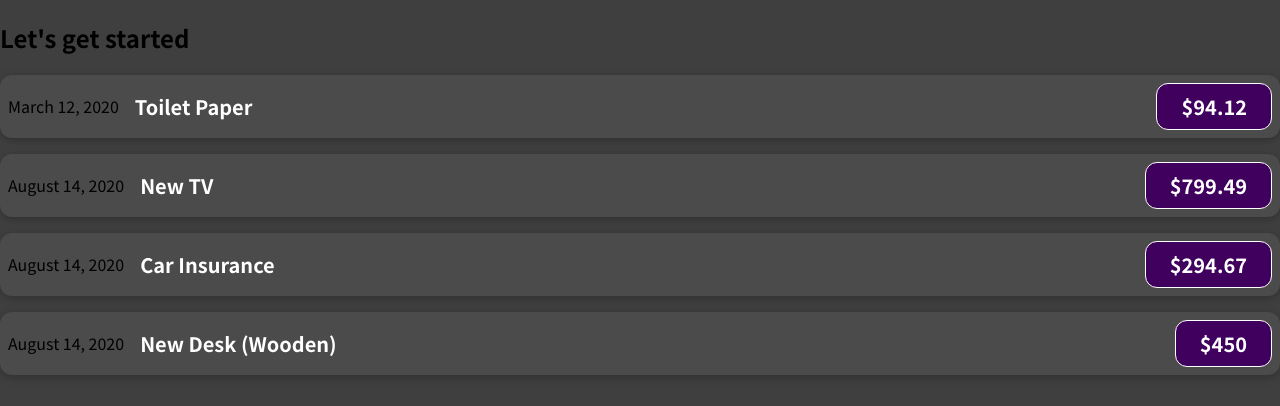
Repository: runner855/expense-tracker
Page: /
These files come from the project's save history. The page is drawn as it stood at one moment and after the next save; the edit follows.
The browser window is 1280 px wide. The pictures show the whole page.
The project was rebuilt for these pictures with package versions that can differ from the ones it lists, and the page was loaded fresh each time.

Above is the page before, as saved 2022-09-02 15:01:46.

### src/index.js
import React from 'react';
import ReactDOM from 'react-dom/client';
import expenses from './data/expenses.json';
import './styles/index.css';
import App from './components/App';

const root = ReactDOM.createRoot(document.getElementById('root'));
root.render(
  <React.StrictMode>
    <App expenses={expenses.expenses} />
  </React.StrictMode>
);

### src/data/expenses.json
{
  "expenses": [
    {
      "id": "e1",
      "title": "Toilet Paper",
      "amount": 94.12,
      "date": 1584016017000
    },
    {
      "id": "e2",
      "title": "New TV",
      "amount": 799.49,
      "date": 1597408017000
    },
    {
      "id": "e3",
      "title": "Car Insurance",
      "amount": 294.67,
      "date": 1597408017000
    },
    {
      "id": "e4",
      "title": "New Desk (Wooden)",
      "amount": 450,
      "date": 1597408017000
    }
  ]
}

### src/components/App.js
import React from 'react';
import ExpenseItem from '../components/ExpenseItem';


const App = (props) => {
  console.log(props)





  return (
    <div className="App">
      <h2>Let's get started</h2>
      <ExpenseItem date={props.expenses[0].date} title={props.expenses[0].title} amount={props.expenses[0].amount} />
      <ExpenseItem date={props.expenses[1].date} title={props.expenses[1].title} amount={props.expenses[1].amount} />
      <ExpenseItem date={props.expenses[2].date} title={props.expenses[2].title} amount={props.expenses[2].amount} />
      <ExpenseItem date={props.expenses[3].date} title={props.expenses[3].title} amount={props.expenses[3].amount} />






    </div>
  );
}

export default App;

### src/components/ExpenseItem.js
import React from 'react';
import '../styles/ExpenseItem.css'
import moment from 'moment';


const ExpenseItem = (props) => {

  const { date, title, amount } = props;
  const myDate = moment(date).format(" LL ")
  console.log(myDate)


  return (
    <div className='expense-item'>
      <div className='expense-item__date'>
        {myDate}
      </div>
      <div className='expense-item__description'>
        <h2>{`${title}`}</h2>
        <div className='expense-item__price'>
          ${`${amount}`}
        </div>
      </div>
    </div>)
}

export default ExpenseItem;

### src/styles/ExpenseItem.css
.expense-item {
  display: flex;
  justify-content: space-between;
  align-items: center;
  box-shadow: 0 2px 8px rgba(0, 0, 0, 0.25);
  padding: 0.5rem;
  margin: 1rem 0;
  border-radius: 12px;
  background-color: #4b4b4b;
}

.expense-item__description {
  display: flex;
  flex-direction: column;
  gap: 1rem;
  align-items: flex-end;
  flex-flow: column-reverse;
  justify-content: flex-start;
  flex: 1;
}

.expense-item h2 {
  color: #3a3a3a;
  font-size: 1rem;
  flex: 1;
  margin: 0 1rem;
  color: white;
}

.expense-item__price {
  font-size: 1rem;
  font-weight: bold;
  color: white;
  background-color: #40005d;
  border: 1px solid white;
  padding: 0.5rem;
  border-radius: 12px;
}

@media (min-width: 580px) {
  .expense-item__description {
    flex-direction: row;
    align-items: center;
    justify-content: flex-start;
    flex: 1;
  }

  .expense-item__description h2 {
    font-size: 1.25rem;
  }

  .expense-item__price {
    font-size: 1.25rem;
    padding: 0.5rem 1.5rem;
  }
}

Loaded but not shown: public/index.html (common file); src/styles/index.css (common file)

After the next save:
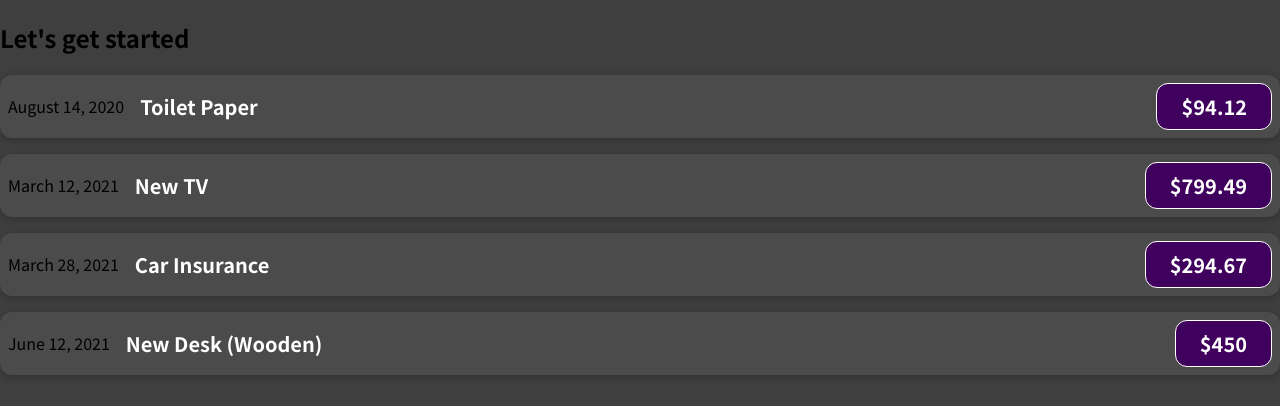
Saved 3 min 52 s later.
--- a/src/data/expenses.json
+++ b/src/data/expenses.json
@@ -4,25 +4,25 @@
       "id": "e1",
       "title": "Toilet Paper",
       "amount": 94.12,
-      "date": 1584016017000
+      "date": 1597408017000
     },
     {
       "id": "e2",
       "title": "New TV",
       "amount": 799.49,
-      "date": 1597408017000
+      "date": 1615552017000
     },
     {
       "id": "e3",
       "title": "Car Insurance",
       "amount": 294.67,
-      "date": 1597408017000
+      "date": 1616934417000
     },
     {
       "id": "e4",
       "title": "New Desk (Wooden)",
       "amount": 450,
-      "date": 1597408017000
+      "date": 1623500817000
     }
   ]
 }
